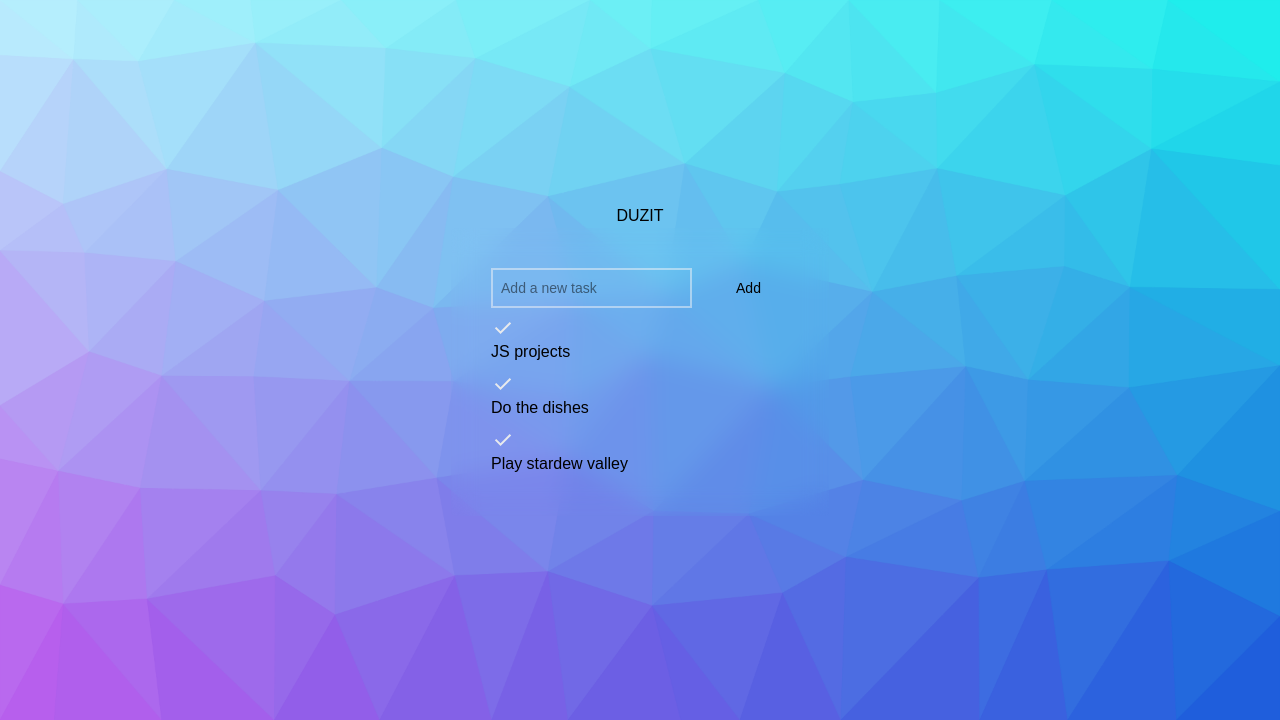
Repository: milkybeargeek/JavaScript-Projects
Page: Duzit/src/index.html
The author's editor kept a copy of each file at every save. The page is drawn from the files as they stood at one save, then again after the next save.
The browser window is 1280 px wide. The pictures show the whole page.
Some web fonts or font styles are not loaded; a fallback is used.

Above is the page before, as saved 2025-02-15 21:49:32.

### Duzit/src/index.html
<!doctype html>
<html>

<head>
    <meta charset="UTF-8">
    <meta name="viewport" content="width=device-width, initial-scale=1.0">
    <link href="./style.css" rel="stylesheet">
    <title>Duzit</title>
    <script src="./script.js" defer></script>
</head>

<body
    class=" bg-[url('../bg-poly.png')] bg-cover bg-center bg-fix bg-no-repeat flex flex-col p-4 items-center justify-center h-screen">
    <h1 class=" text-5xl mb-5 font-extrabold uppercase text-center">Duzit</h1>
    <div
        class="wrapper w-3xl max-w-full rounded-xl backdrop-filter backdrop-blur-md bg-opacity-0 border-3 border-gray-100/50  flex flex-col gap-3 p-10">
        <form class="flex flex-row gap-x-6 gap-y-2">
            <input id="todo-input" type="text" placeholder="Add a new task" autocomplete="off"
                class="todo-input border-2 border-gray-100/50  rounded-xl p-2 w-full h-fit box-border font-black text-sm focus:ring-2 focus:outline-none focus:ring-blue-400 dark:focus:ring-blue-200">
            <button id="add-todo"
                class="text-black bg-gradient-to-tl from-blue-800 to-blue-400 hover:bg-gradient-to-br focus:ring-3 focus:outline-none focus:ring-blue-200 dark:focus:ring-blue-200 font-bold rounded-xl text-sm px-5 py-2.5 text-center me-2 mb-2">Add</button>
        </form>
        <ul id="todo-list" class="flex flex-col gap-2">
            <li class="todo-item">
                <input class="hidden" type="checkbox" id="todo-1">
                <label class="custom-checkbox" for="todo-1">
                    <svg xmlns="http://www.w3.org/2000/svg" height="24px" viewBox="0 -960 960 960" width="24px"
                        fill="#e8eaed">
                        <path d="M382-240 154-468l57-57 171 171 367-367 57 57-424 424Z" />
                    </svg>
                </label>
                <label for="todo-1" class="todo-text">JS projects
                </label>
                <button class="delete-todo">
                    <svg xmlns="http://www.w3.org/2000/svg" viewBox="0 0 24 24">
                        <path
                            d="M5.755 20.283 4 8h16l-1.755 12.283A2 2 0 0 1 16.265 22h-8.53a2 2 0 0 1-1.98-1.717zM21 4h-5V3a1 1 0 0 0-1-1H9a1 1 0 0 0-1 1v1H3a1 1 0 0 0 0 2h18a1 1 0 0 0 0-2z" />
                    </svg>
                </button>
            </li>
            <li class="todo-item">
                <input class="hidden" type="checkbox" id="todo-2">
                <label class="custom-checkbox" for="todo-2">
                    <svg xmlns="http://www.w3.org/2000/svg" height="24px" viewBox="0 -960 960 960" width="24px"
                        fill="#e8eaed">
                        <path d="M382-240 154-468l57-57 171 171 367-367 57 57-424 424Z" />
                    </svg>
                </label>
                <label for="todo-2" class="todo-text ">Do the dishes
                </label>
                <button class="delete-todo">
                    <svg xmlns="http://www.w3.org/2000/svg" viewBox="0 0 24 24">
                        <path
                            d="M5.755 20.283 4 8h16l-1.755 12.283A2 2 0 0 1 16.265 22h-8.53a2 2 0 0 1-1.98-1.717zM21 4h-5V3a1 1 0 0 0-1-1H9a1 1 0 0 0-1 1v1H3a1 1 0 0 0 0 2h18a1 1 0 0 0 0-2z" />
                    </svg>
                </button>
            </li>
            <li class="todo-item">
                <input class="hidden" type="checkbox" id="todo-3">
                <label class=" custom-checkbox" for="todo-3">
                    <svg xmlns="http://www.w3.org/2000/svg" height="24px" viewBox="0 -960 960 960" width="24px"
                        fill="#e8eaed">
                        <path d="M382-240 154-468l57-57 171 171 367-367 57 57-424 424Z" />
                    </svg>
                </label>
                <label for="todo-3" class="todo-text">Play stardew valley
                </label>
                <button class="delete-todo">
                    <svg xmlns="http://www.w3.org/2000/svg" viewBox="0 0 24 24">
                        <path
                            d="M5.755 20.283 4 8h16l-1.755 12.283A2 2 0 0 1 16.265 22h-8.53a2 2 0 0 1-1.98-1.717zM21 4h-5V3a1 1 0 0 0-1-1H9a1 1 0 0 0-1 1v1H3a1 1 0 0 0 0 2h18a1 1 0 0 0 0-2z" />
                    </svg>
                </button>
            </li>
        </ul>
    </div>
</body>

</html>

Loaded but not shown: Duzit/src/style.css (3326 lines, source omitted); Duzit/src/script.js (no stored copy; drawn as an empty file)

After the next save:
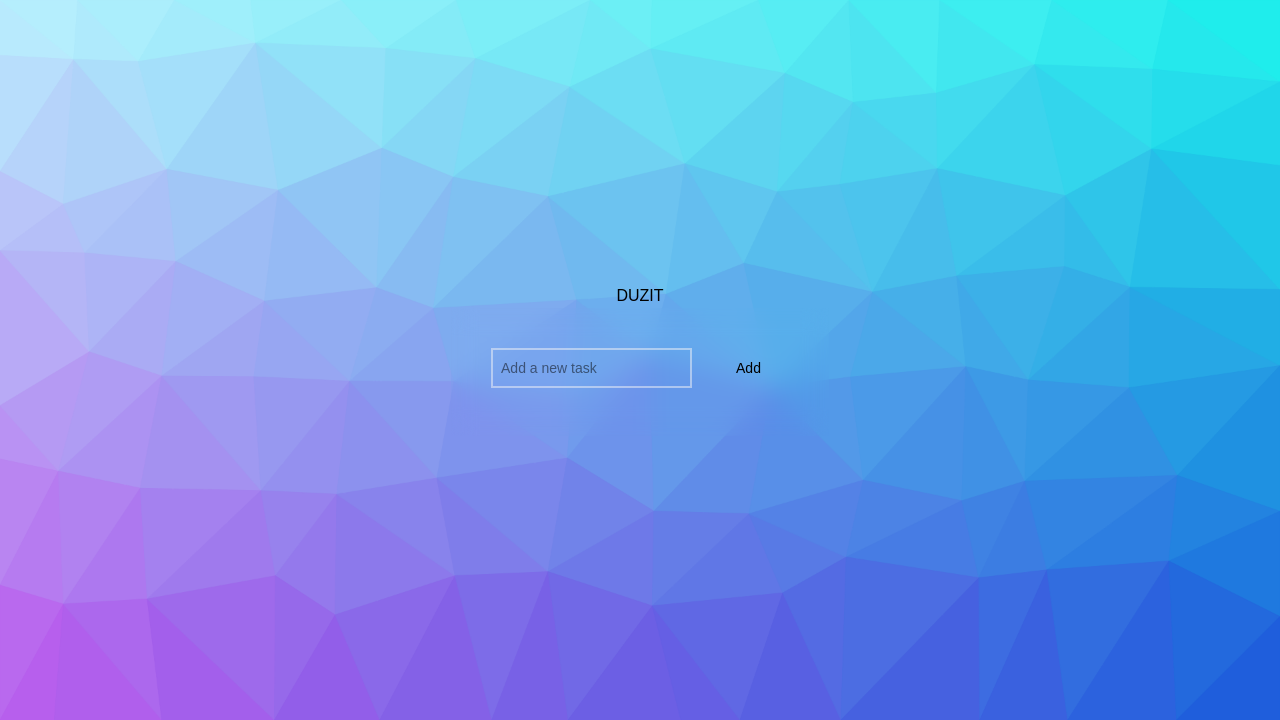
Saved 3 min 19 s later.
--- a/Duzit/src/index.html
+++ b/Duzit/src/index.html
@@ -21,7 +21,7 @@
                 class="text-black bg-gradient-to-tl from-blue-800 to-blue-400 hover:bg-gradient-to-br focus:ring-3 focus:outline-none focus:ring-blue-200 dark:focus:ring-blue-200 font-bold rounded-xl text-sm px-5 py-2.5 text-center me-2 mb-2">Add</button>
         </form>
         <ul id="todo-list" class="flex flex-col gap-2">
-            <li class="todo-item">
+            <!--<li class="todo-item">
                 <input class="hidden" type="checkbox" id="todo-1">
                 <label class="custom-checkbox" for="todo-1">
                     <svg xmlns="http://www.w3.org/2000/svg" height="24px" viewBox="0 -960 960 960" width="24px"
@@ -71,7 +71,7 @@
                             d="M5.755 20.283 4 8h16l-1.755 12.283A2 2 0 0 1 16.265 22h-8.53a2 2 0 0 1-1.98-1.717zM21 4h-5V3a1 1 0 0 0-1-1H9a1 1 0 0 0-1 1v1H3a1 1 0 0 0 0 2h18a1 1 0 0 0 0-2z" />
                     </svg>
                 </button>
-            </li>
+            </li>-->
         </ul>
     </div>
 </body>
